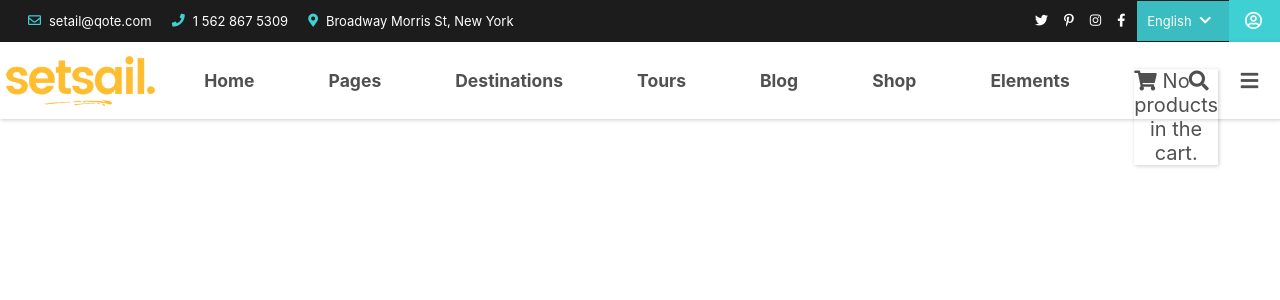
Repository: Hunga9k50doker/Setail
Page: /
An editor plug-in stored every save of this project. The page is shown before and after a run of saves, followed by the edit.
The browser window is 1280 px wide. The pictures show the whole page.
The project was rebuilt for these pictures with package versions that can differ from the ones it lists, and the page was loaded fresh each time.

Above is the page before, as saved 2021-10-21 11:38:03.

### public/index.html
<!DOCTYPE html>
<html lang="en">

<head>
  <meta charset="utf-8" />
  <link rel="icon" href="%PUBLIC_URL%/favicon.ico" />
  <meta name="viewport" content="width=device-width, initial-scale=1" />
  <meta name="theme-color" content="#000000" />
  <meta name="description" content="Web site created using create-react-app" />
  <link rel="stylesheet" href="./font/fontawesome-free-5.15.3-web/css/all.min.css">
  <link rel="apple-touch-icon" href="%PUBLIC_URL%/logo192.png" />
  <!--
      manifest.json provides metadata used when your web app is installed on a
      user's mobile device or desktop. See https://developers.google.com/web/fundamentals/web-app-manifest/
    -->
  <link rel="manifest" href="%PUBLIC_URL%/manifest.json" />
  <!--
      Notice the use of %PUBLIC_URL% in the tags above.
      It will be replaced with the URL of the `public` folder during the build.
      Only files inside the `public` folder can be referenced from the HTML.

      Unlike "/favicon.ico" or "favicon.ico", "%PUBLIC_URL%/favicon.ico" will
      work correctly both with client-side routing and a non-root public URL.
      Learn how to configure a non-root public URL by running `npm run build`.
    -->
  <title>React App</title>
</head>

<body>
  <noscript>You need to enable JavaScript to run this app.</noscript>
  <div id="root">

  </div>
  <script type="text/babel">
  </script>
  <!--
      This HTML file is a template.
      If you open it directly in the browser, you will see an empty page.

      You can add webfonts, meta tags, or analytics to this file.
      The build step will place the bundled scripts into the <body> tag.

      To begin the development, run `npm start` or `yarn start`.
      To create a production bundle, use `npm run build` or `yarn build`.
    -->
</body>

</html>

### src/index.js
import React from "react";
import ReactDOM from "react-dom";
import App from "./views/App.js";
import reportWebVitals from "./reportWebVitals";
import "./styles/global.scss";
// import socialNetworks from '../src/components/socialNetworks'

ReactDOM.render(
  <React.StrictMode>
    <App />
  </React.StrictMode>,
  document.getElementById("root")
);

// If you want to start measuring performance in your app, pass a function
// to log results (for example: reportWebVitals(console.log))
// or send to an analytics endpoint. Learn more: https://bit.ly/CRA-vitals
reportWebVitals();

### src/views/App.js
import './App.scss';
import NavOnTop from '../components/NavOnTop/NavOnTop';
import Nav from '../components/Navigation/Nav';

function App() {

  return (
    <div className="App">
      <NavOnTop />
      <Nav />
    </div>
  );
}

export default App;

### src/styles/global.scss
@import './variables';

* {
  margin: 0;
  padding: 0;
  box-sizing: border-box;
}

body {
  margin: 0;
  font-family: -apple-system, BlinkMacSystemFont, "Segoe UI", "Roboto", "Oxygen",
    "Ubuntu", "Cantarell", "Fira Sans", "Droid Sans", "Helvetica Neue",
    sans-serif;
  -webkit-font-smoothing: antialiased;
  -moz-osx-font-smoothing: grayscale;
}

code {
  font-family: source-code-pro, Menlo, Monaco, Consolas, "Courier New",
    monospace;
}

ul,
li {
  display: inline-block;
  list-style: none;
  padding-left: 0;
}

a {
  text-decoration: none;
  display: inline-block;
  color: #505050;
}

.bridge {
  content: "";
  position: absolute;
  top: -4px;
  left: 50%;
  transform: translate(-50%, 0);
  width: 100%;
  height: 8px;
}

.hover-slide-below {
  content: " ";
  width: 100%;
  height: 4px;
  background: $bg-color--hover;
  position: absolute;
  bottom: -8px;
  left: 0;
  border-radius: 8px;
  transform: scaleX(0);
  transform-origin: center left;
  transition: all 0.3s ease;
}

### src/views/App.scss
.App {
  text-align: center;
  background: #999;
}

### src/components/NavOnTop/NavOnTop.js
// import { render } from "@testing-library/react";
import './NavOnTop.scss';

const NavOnTop = () => {
  return (
    <div className="nav__onTop">
      <ul className="nav__onTop-leftInner">
        <li className="nav__onTop-leftInner-item">
          <i className="far fa-envelope"></i>
          <p className="nav__onTop-leftInner-item-text">setail@qote.com</p>
        </li>
        <li className="nav__onTop-leftInner-item">
          <i className="fas fa-phone"></i>
          <p className="nav__onTop-leftInner-item-text">1 562 867 5309</p>
        </li>
        <li className="nav__onTop-leftInner-item">
          <i className="fas fa-map-marker-alt"></i>
          <p className="nav__onTop-leftInner-item-text">
            Broadway Morris St, New York
          </p>
        </li>
      </ul>
      <ul className="nav__onTop-rightInner">
        <li className="nav__onTop-rightInner-item nav__onTop-rightInner-item-socialNetwork">
          <i className=" fab fa-twitter"></i>
        </li>
        <li className="nav__onTop-rightInner-item nav__onTop-rightInner-item-socialNetwork">
          <i className=" fab fa-pinterest-p"></i>
        </li>
        <li className="nav__onTop-rightInner-item nav__onTop-rightInner-item-socialNetwork">
          <i className=" fab fa-instagram"></i>
        </li>
        <li className="nav__onTop-rightInner-item nav__onTop-rightInner-item-socialNetwork">
          <i className=" fab fa-facebook-f"></i>
        </li>
        <li className="nav__onTop-rightInner-item nav__onTop-rightInner-item-toggleLang">
            <p>English</p>
            <i className="fas fa-chevron-down"></i>
          <div className="nav__onTop-rightInner-item-langs">
            <a href="#" className="nav__onTop-rightInner-item-lang">
              VietNam
            </a>
            <a href="#" className="nav__onTop-rightInner-item-lang">
              France
            </a>
            <a href="#" className="nav__onTop-rightInner-item-lang">
              German
            </a>
          </div>
        </li>
        <li className="nav__onTop-rightInner-item nav__onTop-rightInner-account">
          <i className="far fa-user-circle"></i>
        </li>
      </ul>
    </div>
  );
};

export default NavOnTop;

### src/components/Navigation/Nav.js
import "./Nav.scss";

const Nav = () => {
  return (
    <div className="nav">
      <img src="./logo/logo-footer.png" alt="Not found" className="nav__logo" />
      <ul className="nav__list">
        <li className="nav__list-item nav__list-item-Home">
          <h3 className="nav__list-item-title">Home</h3>
          <div className="nav__list-item-selections">
            <a href="#" className="nav__list-item-selection">
              <p>Travel Agency</p>
            </a>
            <a href="#" className="nav__list-item-selection">
              <p>Winters Holidays</p>
            </a>
            <a href="#" className="nav__list-item-selection">
              <p>Exotic Destinations</p>
            </a>
          </div>
        </li>
        <li className="nav__list-item nav__list-item-Pages">
          <h3 className="nav__list-item-title">Pages</h3>
          <div className="nav__list-item-selections">
            <a href="#" className="nav__list-item-selection">
              <p>About Us</p>
            </a>
            <a href="#" className="nav__list-item-selection">
              <p>What We Offer</p>
            </a>
            <a href="#" className="nav__list-item-selection">
              <p>Our Team</p>
            </a>
          </div>
        </li>
        <li className="nav__list-item nav__list-item-Destinations">
          <h3 className="nav__list-item-title">Destinations</h3>
          <div className="nav__list-item-selections">
            <a href="#" className="nav__list-item-selection">
              <p>Destination List</p>
            </a>
            <a href="#" className="nav__list-item-selection">
              <p>Destination Slider</p>
            </a>
            <a href="#" className="nav__list-item-selection">
              <p>Destination Item</p>
            </a>
          </div>
        </li>
        <li className="nav__list-item nav__list-item-Tours">
          <h3 className="nav__list-item-title">Tours</h3>
          <div className="nav__list-item-selections">
            <a href="#" className="nav__list-item-selection">
              <p>Standard List</p>
            </a>
            <a href="#" className="nav__list-item-selection">
              <p>Gallery List</p>
            </a>
            <a href="#" className="nav__list-item-selection">
              <p>Split List</p>
            </a>
          </div>
        </li>
        <li className="nav__list-item nav__list-item-Blog">
          <h3 className="nav__list-item-title">Blog</h3>
          <div className="nav__list-item-selections">
            <a href="#" className="nav__list-item-selection">
              <p>Blog Masonry</p>
            </a>
            <div className="nav__list-item-selection">
              <p>Blog Standard</p>
              <i className="fas fa-chevron-right"></i>
              <ul className="sub-menu ">
                <li className="sub-menu-item">
                  <a href="#">Right Sidebar</a>
                </li>
                <li className="sub-menu-item">
                  <a href="#">Left Sidebar</a>
                </li>
                <li className="sub-menu-item">
                  <a href="#">Without Sidebar</a>
                </li>
              </ul>
            </div>
            <div className="nav__list-item-selection">
              <p>Blog Types</p>
              <i className="fas fa-chevron-right"></i>
              <ul className="sub-menu ">
                <li className="sub-menu-item">
                  <a href="#">Standard </a>
                </li>
                <li className="sub-menu-item">
                  <a href="#">Gallery </a>
                </li>
                <li className="sub-menu-item">
                  <a href="#">Link</a>
                </li>
              </ul>
            </div>
          </div>
        </li>
        <li className="nav__list-item nav__list-item-Shop">
          <h3 className="nav__list-item-title">Shop</h3>
          <div className="nav__list-item-selections">
            <a href="#" className="nav__list-item-selection">
              <p>Product List</p>
            </a>
            <a href="#" className="nav__list-item-selection">
              <p>Product Single</p>
            </a>
            <div className="nav__list-item-selection">
              <p>Shop Layout</p>
              <i className="fas fa-chevron-right"></i>
              <ul className="sub-menu">
                <li className="sub-menu-item">
                  <a href="#">Three Columns </a>
                </li>
                <li className="sub-menu-item">
                  <a href="#">Four Columns </a>
                </li>
                <li className="sub-menu-item">
                  <a href="#">Full Width</a>
                </li>
              </ul>
            </div>
          </div>
        </li>
        <li className="nav__list-item nav__list-item-Elements">
          <h3 className="nav__list-item-title">Elements</h3>
          <div className="nav__list-item-selections">
            <ul className="nav__list-item-selection sub-category">
              <li className="sub-category-item">Featured</li>
              <li className="sub-category-item">
                <a href="#">Tour List</a>
              </li>
              <li className="sub-category-item">
                <a href="#">Tour Carousel</a>
              </li>
              <li className="sub-category-item">
                <a href="#">Tour Filter</a>
              </li>
            </ul>
            <ul className="nav__list-item-selection sub-category">
              <li className="sub-category-item">Presentation</li>
              <li className="sub-category-item">
                <a href="#">Team</a>
              </li>
              <li className="sub-category-item">
                <a href="#">Blog List</a>
              </li>
              <li className="sub-category-item">
                <a href="#">Shop List</a>
              </li>
            </ul>
            <ul className="nav__list-item-selection sub-category">
              <li className="sub-category-item">ClassNameic</li>
              <li className="sub-category-item">
                <a href="#">Accordions</a>
              </li>
              <li className="sub-category-item">
                <a href="#">Tabs</a>
              </li>
              <li className="sub-category-item">
                <a href="#">Buttons</a>
              </li>
            </ul>
            <ul className="nav__list-item-selection sub-category">
              <li className="sub-category-item">Typography</li>
              <li className="sub-category-item">
                <a href="#">Headings</a>
              </li>
              <li className="sub-category-item">
                <a href="#">Columns</a>
              </li>
              <li className="sub-category-item">
                <a href="#">Section Title</a>
              </li>
            </ul>
          </div>
        </li>
      </ul>
      <ul className="nav__innerRight">
        <li className="nav__innerRight-item nav__innerRight-item-cart">
          <i className="fas fa-shopping-cart"></i>
          <div className="cart-category">
            <p>No products in the cart.</p>
          </div>
        </li>
        <li className="nav__innerRight-item nav__innerRight-item-search">
          <i className="fas fa-search"></i>
        </li>
        <li className="nav__innerRight-item nav__innerRight-item-category">
          <i className="fas fa-bars"></i>
        </li>
      </ul>
    </div>
  );
};

export default Nav;

### src/styles/_variables.scss


$primary-color:#3fd0d4;
$bg-color--hover:#3abdc1;
$text-color: #505050;
$white-color:#fff;

### src/components/NavOnTop/NavOnTop.scss
@import '../../styles/variables';

.nav__onTop {
  display: flex;
  align-items: center;
  justify-content: space-between;
  padding: 0 0 0 18px;
  background: #1c1c1c;
  color: #fff;
  &-leftInner,
  &-rightInner {
    display: flex;
    align-items: center;
    &-item {
      display: flex;
      align-items: center;
      justify-content: center;
      font-size: 13px;
      padding: 0 10px;
      cursor: pointer;
      &:hover {
        color: $primary-color;
      }
      i {
        margin-right: 8px;
      }

      &-langs {
        // display: none;
        transition: all 0.3s ease;
                position: absolute;
       bottom: calc( -100% - 54px);
       left: 0;
       right: 0;
      z-index: -1;
      transform: translateY(-200%);
      opacity: 0;
    }
    &-lang{
        padding:6px 10px;
        display:flex;
        align-items:center;
        justify-content: center;
        flex-direction: column;
        background: $primary-color;
        color:#fff;
        &:hover{
            background: $bg-color--hover;
        }
        &:last-child{
            padding-bottom: 12px;
        }

        &:first-child{
            position: relative;
            &:after{
                content: " ";
                position: absolute;
                width: 100%;
                height: 8px;
                top: -4px;
            }
        }
    }
    }



    &-item-socialNetwork {
      padding-left: 4px;
      padding-right: 4px;
    }
    &-item-toggleLang {
    position: relative;
      background: $bg-color--hover;
      display: flex;
      align-items: center;
      height: 100%;
      margin: 0;
      padding: 12px 10px;
      justify-content: space-around;
      p {
        display: inline-block;
        margin-right: 8px;
      }
    }
    &-item-toggleLang:hover .nav__onTop-rightInner-item-langs{
       transform: translateY(0);
       opacity: 1;
        z-index: 5;

    }

    &-account {
      background: $primary-color;
      padding:12px 10px 12px 16px;
      display: flex;
      align-items: center;
      justify-content: center;
      i {
        display: inline-block;
        font-size: 1.1rem;
      }
      &:hover{
          color: #999;
          background: $bg-color--hover;
      }
    }
  }
   &-leftInner {
      i {
        color: $primary-color;
      }
    }
}


// ============Animation=====================

### src/components/Navigation/Nav.scss
@import "../../styles/variables";
@import "../../styles/global.scss";

.nav {
  position: fixed;
  left: 0;
  right: 0;
  top: 42px;
  z-index: 5;
  transition: all 0.3s ease;
  display: flex;
  align-items: center;
  justify-content: space-around;
  box-shadow:1px 1px 4px rgba(0, 0, 0, 0.2);
  &__logo {
    cursor: pointer;
    width: 150px;
    height: 50px;
    font-size: 14px;
  }

  &__list {
    display: flex;
    align-items: center;
    justify-content: center;
    &-item {
      position: relative;
      transition: all 0.5s ease;
      padding: 28px 37px;
      font-size: 15px;
      cursor: pointer;
      color: $text-color;
      &:hover {
        color: $primary-color;
      }

      &-title {
        position: relative;
        font-weight: 700;

        &:after {
          @extend .hover-slide-below;
        }
        &:hover:after {
          transform: scaleX(1);
          transform-origin: left center;
        }
      }
      &-selections {
        transition: all 0.3s ease;
        text-align: left;
        flex-direction: column;
        position: absolute;
        border-radius: 2px;
        top: 82px;
        left: 0;
        width: calc(150% + 50px);
        box-shadow: 0px 0px 5px rgba(0, 0, 0, 0.2);
        transform: scaleY(0);
        transform-origin: center top;

        &:before {
          @extend .bridge;
        }
      }

      &:hover &-selections {
        transform: scaleY(1);
        transform-origin: top center;
      }
      &-selection {
        position: relative;
        display: block;
        padding: 5px 25px 6px 32px;
        font-size: 15px;
        color: $text-color;
        font-weight: 500;
        p {
          position: relative;
          display: inline-block;
          width: fit-content;
          &:after {
            @extend .hover-slide-below;
            height: 3px;
          }
        }
        &:hover {
          color: $primary-color;

          .sub-menu {
            display: flex;
            transform:scaleX(1);
            transform-origin: left center;
            opacity: 1;
          }
        }
        &:hover p:after {
          transform: scaleX(1);
          transform-origin: left center;

        }
        &:first-child {
          padding-top: 34px;
        }
        &:last-child {
          margin-bottom: 34px;
        }

        .sub-menu {
          position: absolute;
          top: 0;
          z-index: -1;
          left: 100%;
          align-items: flex-start;
          float: left;
          flex-direction: column;
          box-shadow: 1px 1px 4px rgba(0, 0, 0, 0.2);
          width: 100%;
          padding: 28px 0 28px 0;
          transform: scaleX(0);
          opacity:0;
          transform-origin: center left;
          transition: all 0.3s ease;
          &-item {
            width: 100%;
            padding: 5px 37px 6px 37px;
            color: $text-color;
            a {
              position: relative;
              display: inline-block;
              width: fit-content;
              &:after {
                @extend .hover-slide-below;
                height: 2px;
              }
            }
            &:hover a {
              color: $primary-color;
            }
            &:hover a:after {
              transform: scaleX(1);
              transform-origin: left center;
            }
          }
        }
      }

      &:nth-child(5)  &-selection,
      &:nth-child(6) &-selection {
        display: flex;
        align-items: center;
        justify-content: space-between;
      }

      &:nth-child(7) .sub-category {
        display: flex;
        align-items: flex-start;
        flex-direction: column;
        padding: 10px 20px;
        flex: 1;
        &-item {
          position: relative;
          padding: 7px 37px;
          &:first-child {
            color: $primary-color;
            font-size: 16px;
            font-weight: 700;
            margin-bottom: 20px;
          }
          a {
            position: relative;
            width: fit-content;
            &:after {
              @extend .hover-slide-below;
              height: 3px;
            }
          }

          &:hover a {
            color: $primary-color;
          }

          &:hover a:after {
            transform: scaleX(1);
            transform-origin: left center;
          }
        }
      }
    }

    &-item:nth-child(7) &-item-selections {
      display: flex;
      position: fixed;
      top: 120px;
      left: 0;
      width: 100vw;
      flex-direction: row;
      padding: 37px 50px;
    }
  }

  &__innerRight {
    display: flex;
    align-items: center;
    justify-content: center;
    &-item {
      position: relative;
      transition: all 0.5s ease;
      cursor: pointer;
      margin: 0 16px;
      font-size: 20px;
      color: $text-color;
      z-index: 2;
      transform: scale(1);
      &-cart{
        position: relative;
        .cart-category{
          position: absolute;
          top: 0;
          left: 0;

          box-shadow: 1px 1px 4px rgba(0, 0, 0, 0.2);
        }
      }
      &:hover {
        transform: scale(1.2);
        color: $bg-color--hover;
      }
    }
  }
}

Loaded but not shown: src/reportWebVitals.js (common file); public/font/fontawesome-free-5.15.3-web/css/all.min.css (library)

After the next 2 saves:
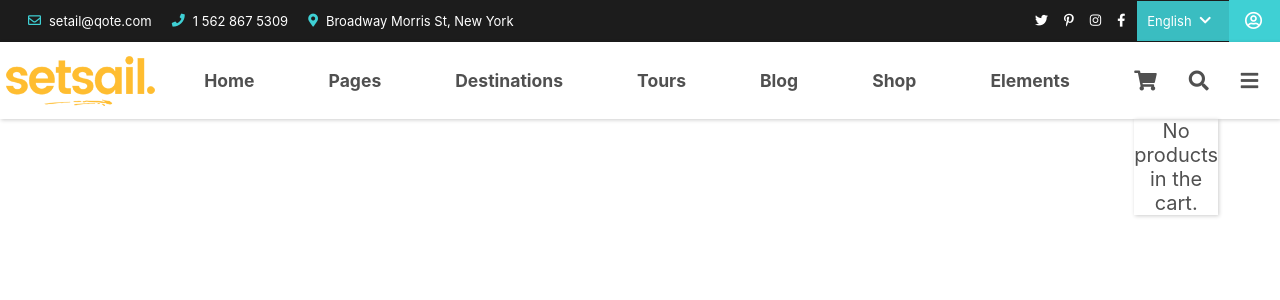
The 2 saves are shown as one change because they came seconds apart.
The last was saved 14 s later.
--- a/src/components/Navigation/Nav.scss
+++ b/src/components/Navigation/Nav.scss
@@ -216,7 +216,7 @@
         position: relative;
         .cart-category{
           position: absolute;
-          top: 0;
+          top: 50px;
           left: 0;
 
           box-shadow: 1px 1px 4px rgba(0, 0, 0, 0.2);
